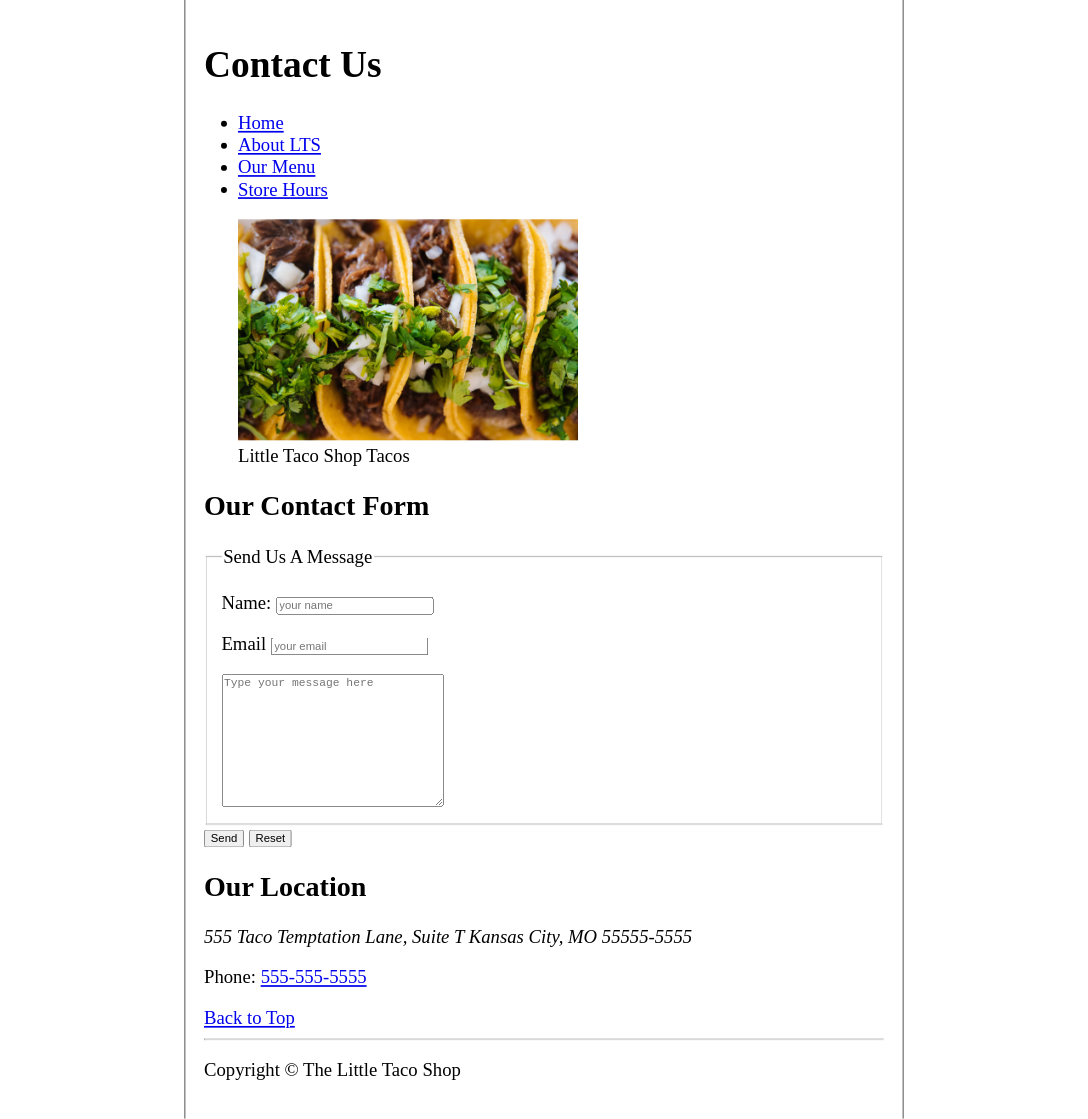
Repository: Israa-Odeh/html-basics-project
Page: contact.html
The author's editor kept a copy of each file at every save. The page is drawn from the files as they stood at one save, then again after the next save.
The browser window is 1280 px wide. The pictures show the whole page, at 85% of full size.

Above is the page before, as saved 2024-08-20 03:18:40.

### contact.html
<!DOCTYPE html>
<html>

<head>
    <meta charset="UTF-8">
    <meta name="author" content="Israa Odeh">
    <meta name="description"
        content="Get in touch with Little Taco Shop! Visit our Contact Us page for our phone number, and location details. We are here to help with any questions or feedback.">
    <title>Contact Us - LTS</title>
    <link rel="icon" href="favicon.ico" type="image/x-icon">
    <link rel="stylesheet" href="css/style.css">
</head>

<body>
    <header>
        <h1>Contact Us</h1>
        <nav>
            <ul>
                <li>
                    <a href="index.html">Home</a>
                </li>
                <li>
                    <a href="index.html#about">About LTS</a>
                </li>
                <li>
                    <a href="index.html#menu">Our Menu</a>
                </li>
                <li>
                    <a href="hours.html">Store Hours</a>
                </li>
            </ul>
        </nav>
        <figure>
            <img src="img/tacos_close_up_400x260.png"
                alt="Close-up of a taco topped with fresh onions and vibrant parsley." width="400" height="260">
            <figcaption>Little Taco Shop Tacos</figcaption>
        </figure>
    </header>

    <main>
        <h2>Our Contact Form</h2>
        <form action="https://httpbin.org/post" method="post">
            <fieldset>
                <legend>Send Us A Message</legend>
                <p>
                    <label for="name">Name:</label>
                    <input type="text" id="name" name="name" placeholder="your name" required autocomplete="name">
                </p>
                <p>
                    <label for="email">Email</label>
                    <input type="email" id="email" name="email" placeholder="your email" required autocomplete="email">
                </p>
                <label for="message"></label>
                <textarea name="messgae" id="message" rows="10" cols="30" placeholder="Type your message here"
                    required></textarea>
            </fieldset>
            <button type="submit">Send</button>
            <button type="reset">Reset</button>
        </form>

        <h2>Our Location</h2>
        <address>
            555 Taco Temptation Lane, Suite T
            Kansas City, MO 55555-5555
        </address>
        <p>Phone: <a href="tel:555-555-5555">555-555-5555</a></p>
    </main>

    <footer>
        <a href="#top">Back to Top</a>
        <hr>
        <p>Copyright &copy; The Little Taco Shop</p>
    </footer>

</body>

</html>

Loaded but not shown: css/style.css (common file)

After the next save:
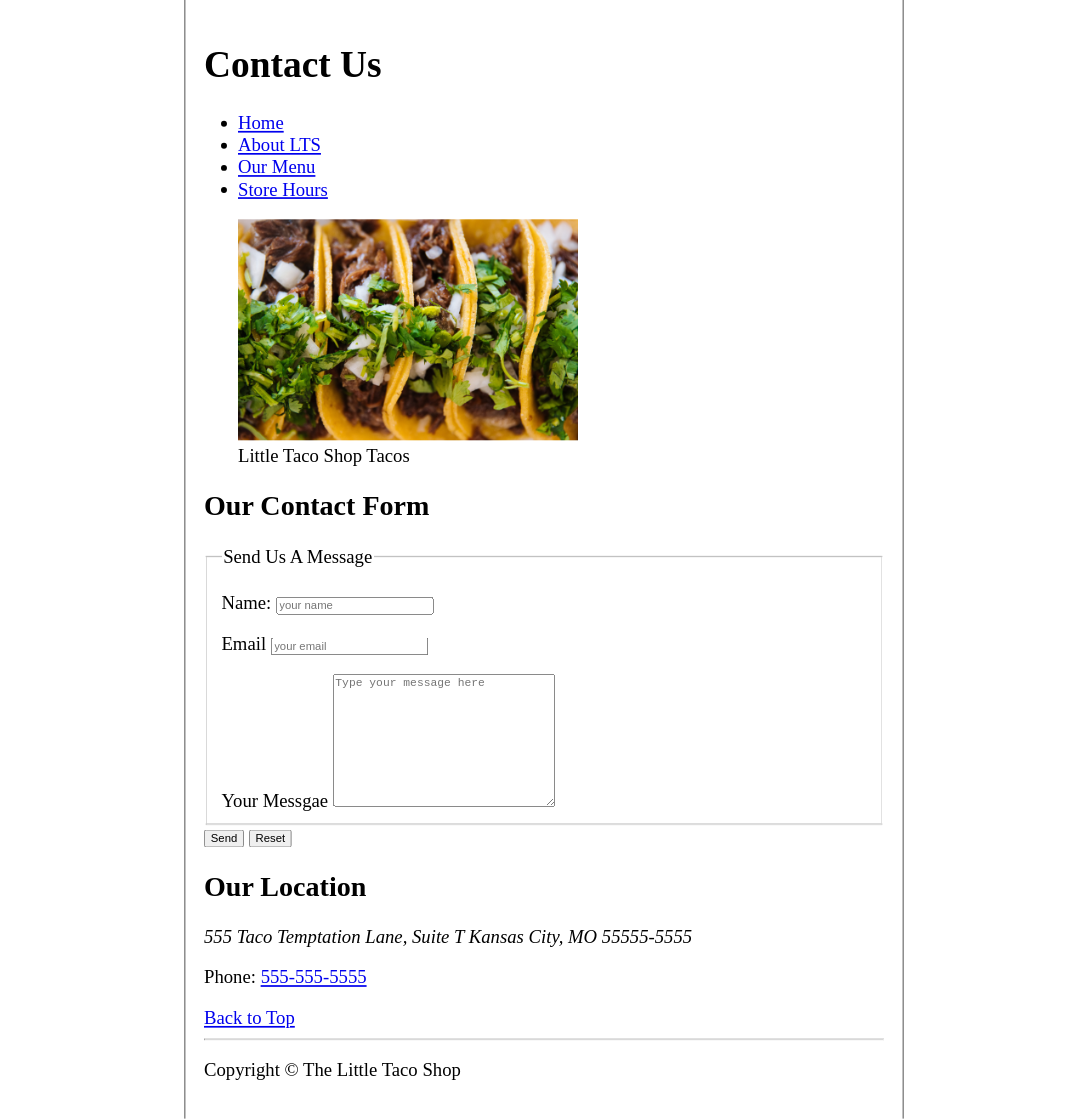
Saved 6 s later.
--- a/contact.html
+++ b/contact.html
@@ -50,7 +50,7 @@
                     <label for="email">Email</label>
                     <input type="email" id="email" name="email" placeholder="your email" required autocomplete="email">
                 </p>
-                <label for="message"></label>
+                <label for="message">Your Messgae</label>
                 <textarea name="messgae" id="message" rows="10" cols="30" placeholder="Type your message here"
                     required></textarea>
             </fieldset>
